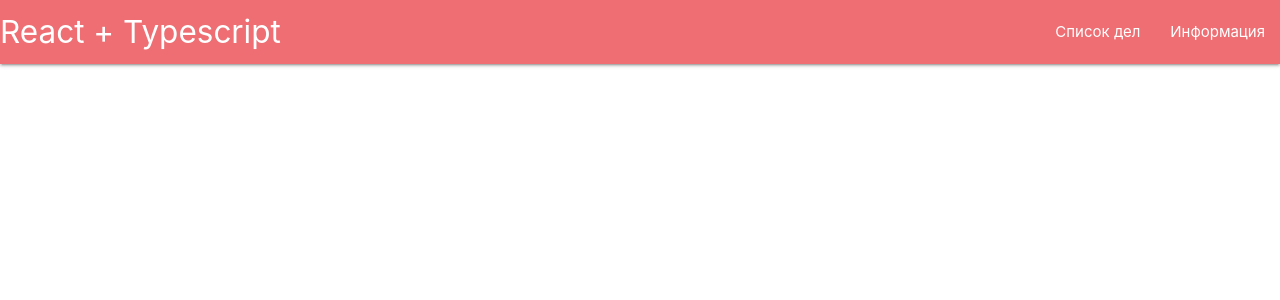
Repository: tsydikov/react_typescript_todo
Page: /
These files come from the project's save history. The page is drawn as it stood at one moment and after the next save; the edit follows.
The browser window is 1280 px wide. The pictures show the whole page.
The project was rebuilt for these pictures with package versions that can differ from the ones it lists, and the page was loaded fresh each time.

Above is the page before, as saved 2021-08-11 17:36:51.

### src/App.tsx
import React from 'react';
import { Navbar } from './components/Navbar';


const App: React.FC = () => {
  return <>
    <Navbar />
  </>
}

export default App;

### src/components/Navbar.tsx
import React from 'react'

export const Navbar: React.FC = () => (
    <nav>
    <div className="nav-wrapper">
      <a href="#" className="brand-logo">React + Typescript</a>
      <ul className="right hide-on-med-and-down">
        <li><a href="/">Список дел</a></li>
        <li><a href="/">Информация</a></li>
      </ul>
    </div>
  </nav>
)

Loaded but not shown: public/index.html (common file); src/index.js (common file); src/index.css (common file); src/reportWebVitals.js (common file)

After the next save:
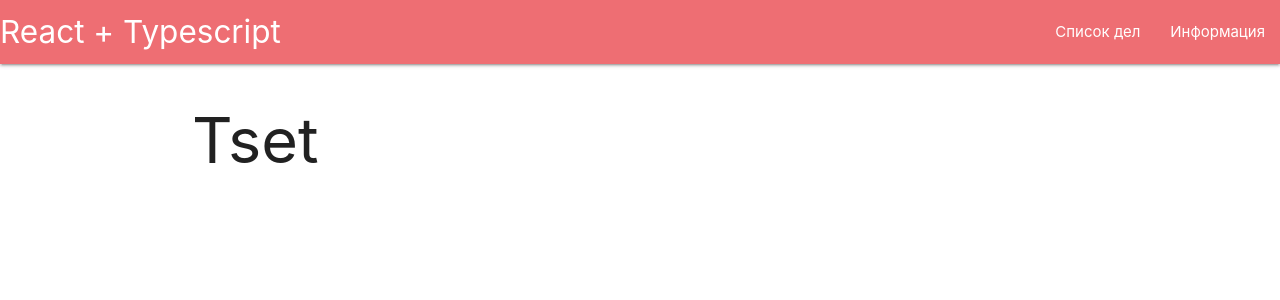
Saved 75 s later.
--- a/src/App.tsx
+++ b/src/App.tsx
@@ -3,9 +3,14 @@ import { Navbar } from './components/Navbar';
 
 
 const App: React.FC = () => {
-  return <>
-    <Navbar />
-  </>
+  return (
+    <>
+      <Navbar />
+      <div className="container">
+        <h1>Tset</h1>
+      </div>
+    </>
+  )
 }
 
 export default App;
